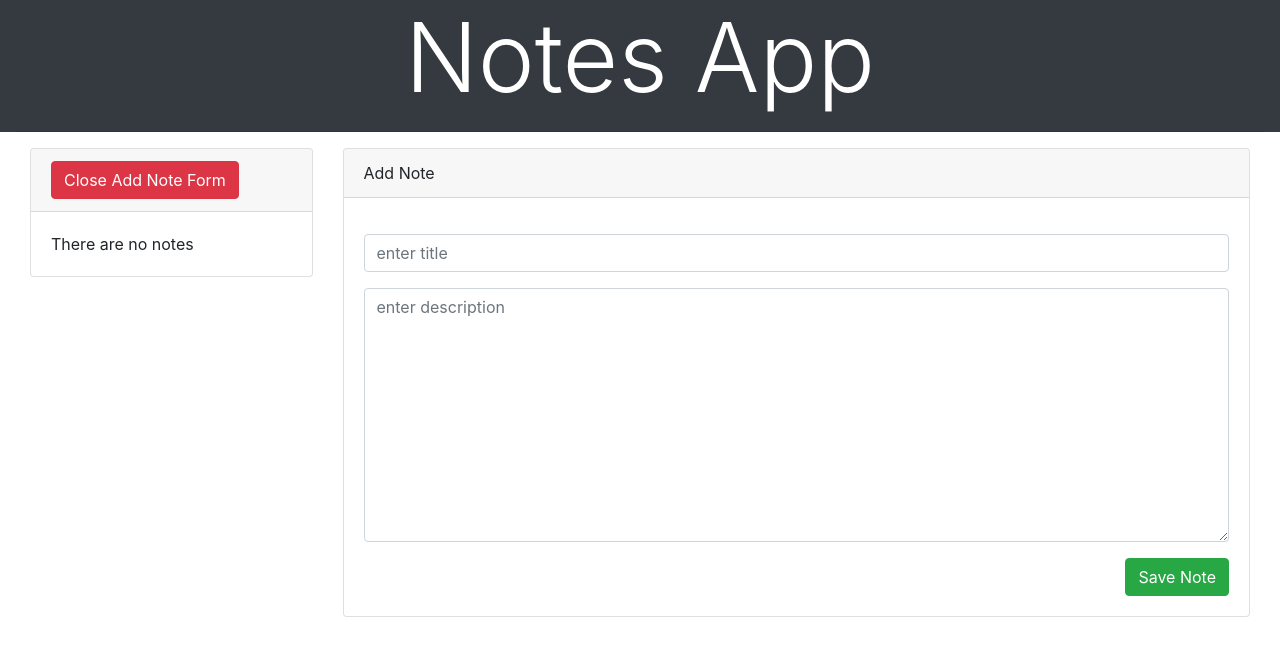
Repository: BenoitCoteGaspe/reactNote
Page: /note
These files come from the project's save history. The page is drawn as it stood at one moment and after the next save; the edit follows.
The browser window is 1280 px wide. The pictures show the whole page.
The project was rebuilt for these pictures with package versions that can differ from the ones it lists, and the page was loaded fresh each time. Also part of the build but not shown: src/NoteView.js.

Above is the page before, as saved 2022-03-18 20:06:48.

After the next save:
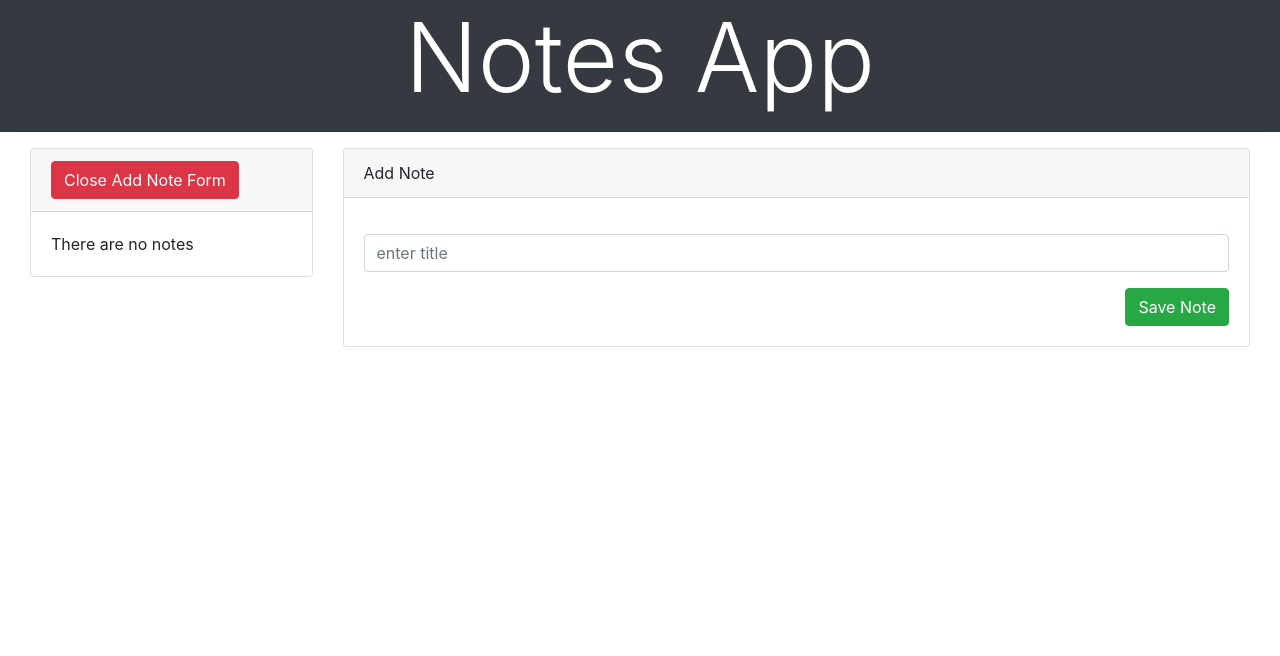
Saved 36 s later.
--- a/src/NoteForm.js
+++ b/src/NoteForm.js
@@ -93,11 +93,7 @@ class NoteForm extends Component {
                             <p><input className="form-control" ref={title => this.title = title}
                                       defaultValue={this.props.note.title}
                                       placeholder="enter title"/></p>
-
-                            <p><textarea className="form-control" rows="10"
-                                         ref={description => this.description = description}
-                                         defaultValue={this.props.note.description} placeholder="enter description"/>
-                            </p>
+                        {this.rendertinyMce()}
                         </div>
                         {this.renderFormButtons()}
 
